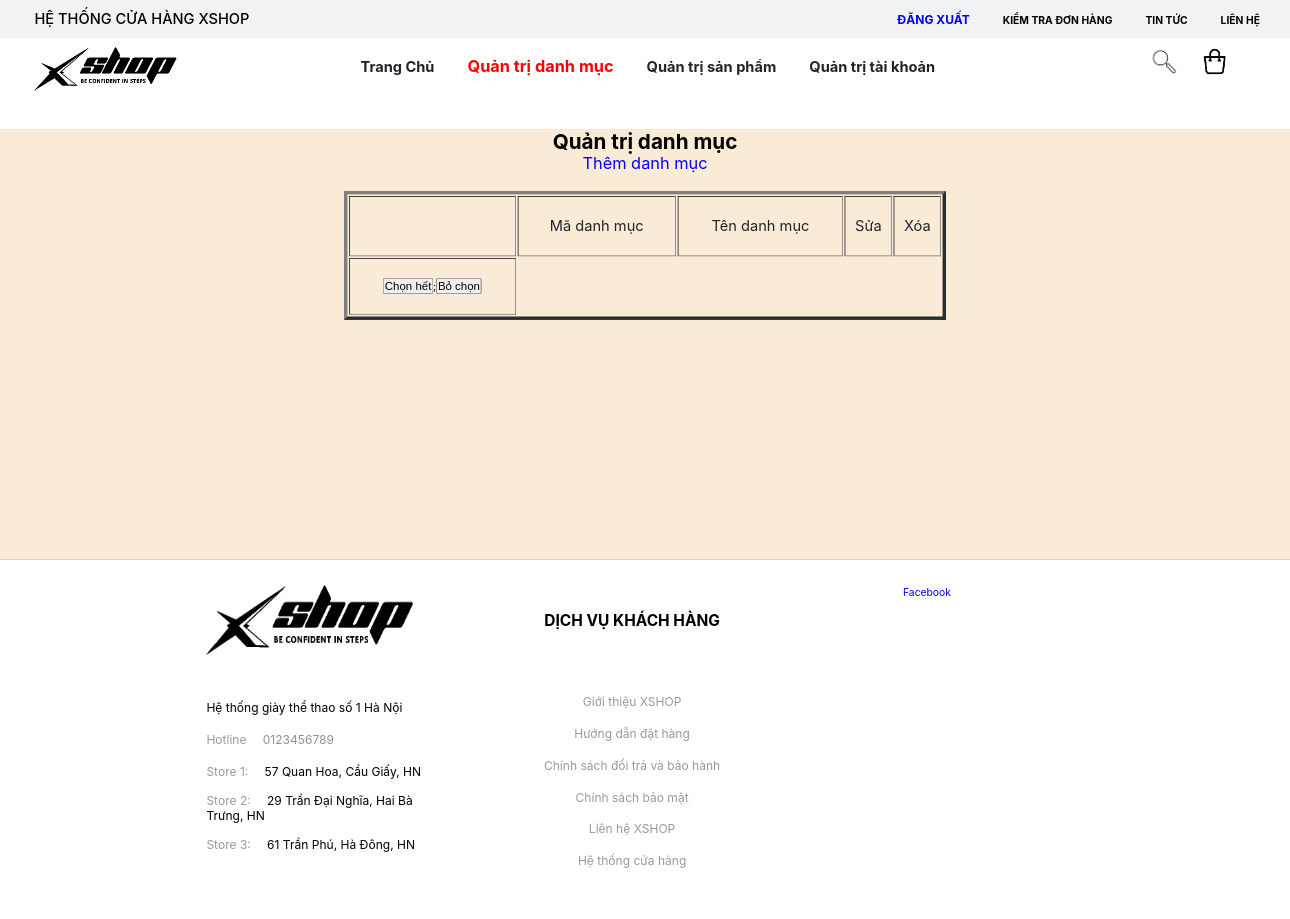
Repository: tienaq123/dam
Page: http://localhost/ass/ad/quantridanhmuc.php
The author's editor kept a copy of each file at every save. The page is drawn from the files as they stood at one save, then again after the next save.
The browser window is 1280 px wide. The page is 1500 px wide, so the pictures cover 1500 px, including what lies to the right of the window. The pictures show the whole page, at 86% of full size.
The page is run by PHP 8.4 with error messages shown; the project is at /var/www/html/. Queries for data that is not in the repository find no rows.

Above is the page before, as saved 2021-10-21 05:31:44.

After the next save:
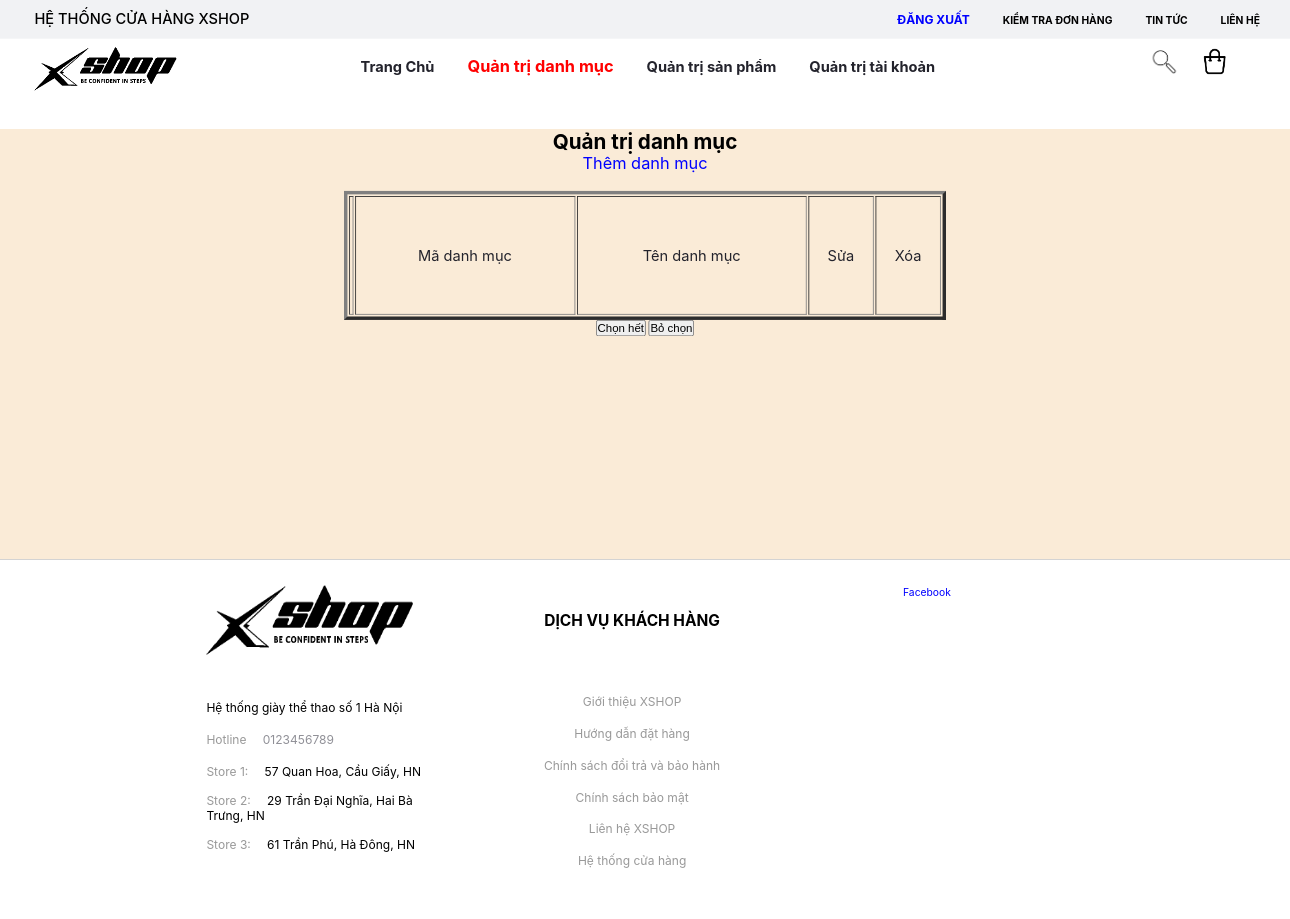
Saved 44 s later.
--- a/ad/quantridanhmuc.php
+++ b/ad/quantridanhmuc.php
@@ -71,11 +71,9 @@
                     </tr>
                 <?php }
                 ?>
-                <tr>
-                    <td><input type="button" id="btn1" value="Chọn hết" />;<input type="button" id="btn2" value="Bỏ chọn" /></td>
-
-
-            </tr>
+            </table>
+            <input type="button" id="btn1" value="Chọn hết" />
+                <input type="button" id="btn2" value="Bỏ chọn" />
                 <script language="javascript">
                     // Chức năng chọn hết
                     document.getElementById("btn1").onclick = function() {
@@ -99,7 +97,7 @@
                         }
                     };
                 </script>
-            </table>
+
         </main>
 
         <!-- END MAIN -->
